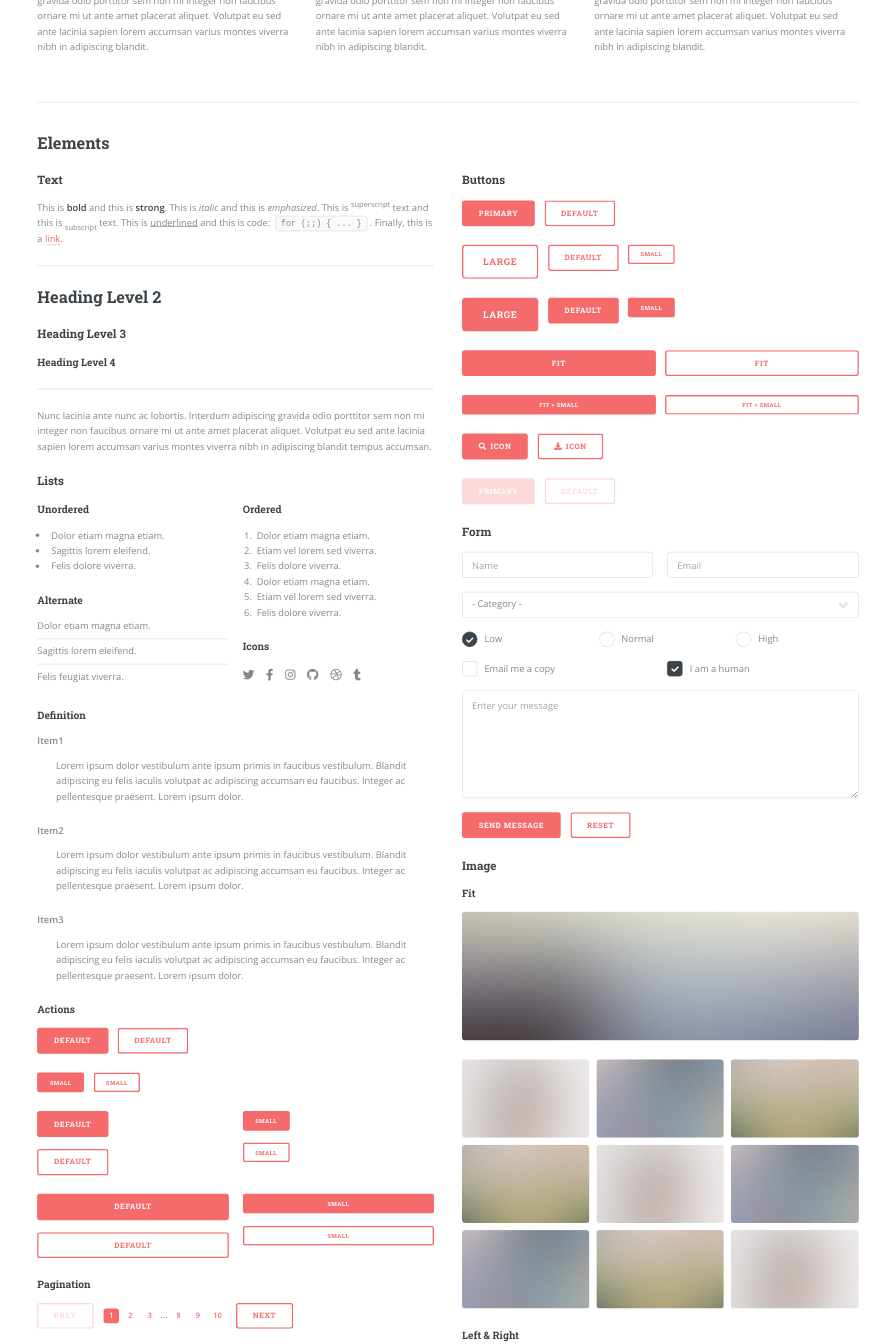
Repository: rachel648/New_Elite
Page: elements.html
These files come from the project's save history. The page is drawn as it stood at one moment and after the next save; the edit follows.
The browser window is 1280 px wide. The pictures show the part of the page from y = 676 to 2596 px (the page is 3543 px tall before and 3542 px after), at 70% of full size.

Above is the page before, as saved 2024-10-14 12:07:29.

After the next save:
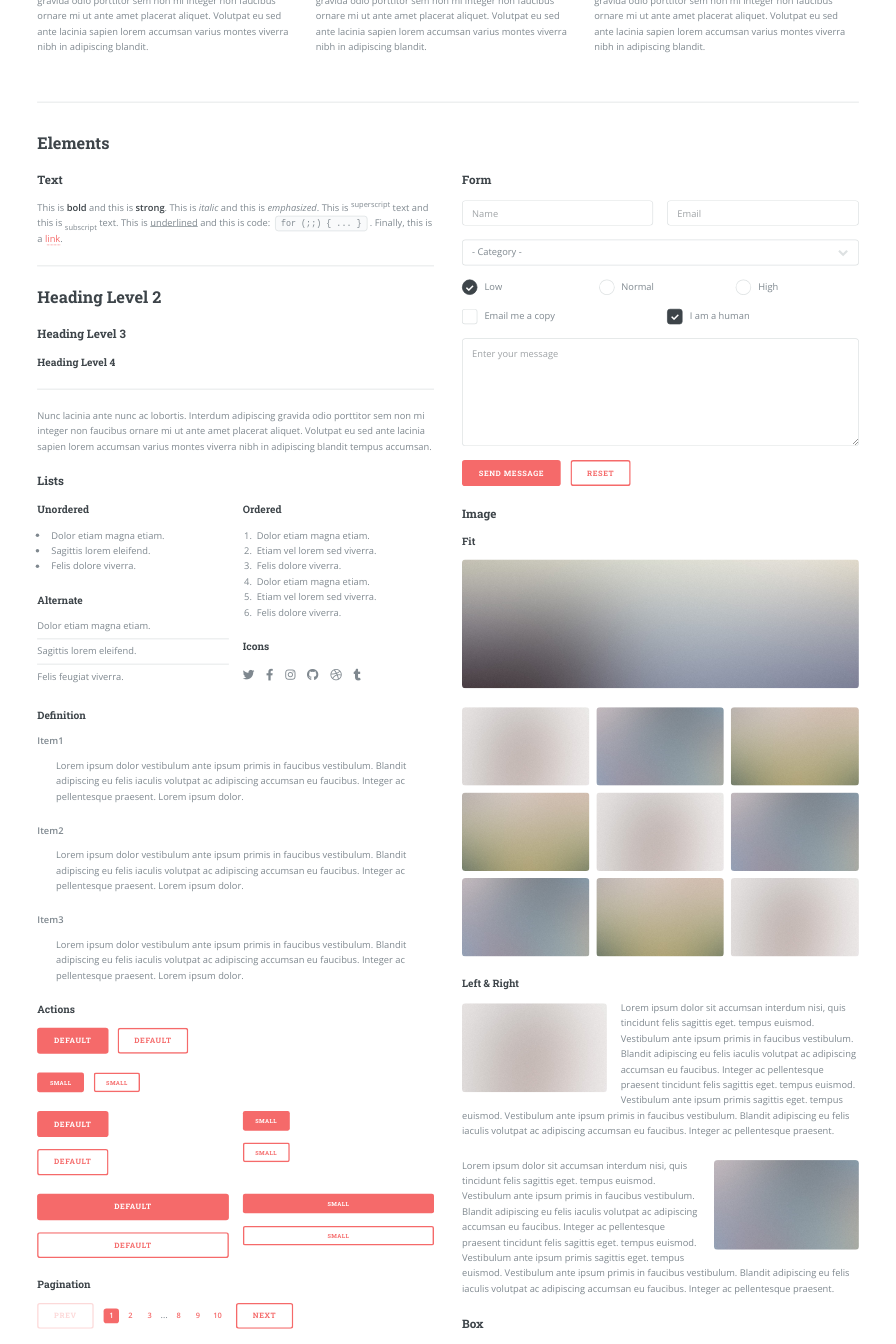
Saved 98 s later.
--- a/elements.html
+++ b/elements.html
@@ -291,38 +291,6 @@
 											</div>
 											<div class="col-6 col-12-medium">
 
-												<!-- Buttons -->
-													<h3>Buttons</h3>
-													<ul class="actions">
-														<li><a href="#" class="button primary">Primary</a></li>
-														<li><a href="#" class="button">Default</a></li>
-													</ul>
-													<ul class="actions">
-														<li><a href="#" class="button large">Large</a></li>
-														<li><a href="#" class="button">Default</a></li>
-														<li><a href="#" class="button small">Small</a></li>
-													</ul>
-													<ul class="actions">
-														<li><a href="#" class="button primary large">Large</a></li>
-														<li><a href="#" class="button primary">Default</a></li>
-														<li><a href="#" class="button primary small">Small</a></li>
-													</ul>
-													<ul class="actions fit">
-														<li><a href="#" class="button primary fit">Fit</a></li>
-														<li><a href="#" class="button fit">Fit</a></li>
-													</ul>
-													<ul class="actions fit small">
-														<li><a href="#" class="button primary fit small">Fit + Small</a></li>
-														<li><a href="#" class="button fit small">Fit + Small</a></li>
-													</ul>
-													<ul class="actions">
-														<li><a href="#" class="button primary icon solid fa-search">Icon</a></li>
-														<li><a href="#" class="button icon solid fa-download">Icon</a></li>
-													</ul>
-													<ul class="actions">
-														<li><span class="button primary disabled">Primary</span></li>
-														<li><span class="button disabled">Default</span></li>
-													</ul>
 
 												<!-- Form -->
 													<h3>Form</h3>
